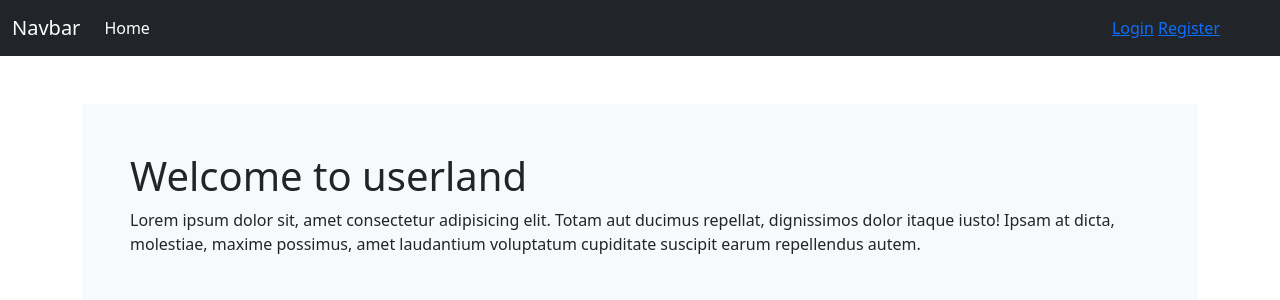
Repository: BrittleHeart/symfony-users--crud
Page: templates/home/home.html.twig
The author's editor kept a copy of each file at every save. The page is drawn from the files as they stood at one save, then again after the next save.
The browser window is 1280 px wide. The pictures show the whole page.
The page is a Twig template of a Symfony application; nobody is signed in and links lead nowhere. The template is opened directly, without the code that normally fills it, so the values that code supplies are empty.

Above is the page before, as saved 2021-02-20 15:47:09.

### templates/home/home.html.twig
{% extends 'base.html.twig' %}

{% block body %}

<header class="p-5 bg-light">
    <h1 class="jumbotron-header">Welcome to userland</h1>
    <p class="jumbotron-description">Lorem ipsum dolor sit, amet consectetur adipisicing elit. Totam aut ducimus repellat, dignissimos dolor itaque iusto! Ipsam at dicta, molestiae, maxime possimus, amet laudantium voluptatum cupiditate suscipit earum repellendus autem.</p>
</header>

{% endblock %}

### templates/base.html.twig
<!DOCTYPE html>
<html>
	<head>
		<meta charset="UTF-8">
		<title>
			{% block title %}Users Crud - Overblitz
			{% endblock %}
		</title>
		{# Run `composer require symfony/webpack-encore-bundle`
		           and uncomment the following Encore helpers to start using Symfony UX #}
		{% block stylesheets %}
			<link href="https://cdn.jsdelivr.net/npm/bootstrap@5.0.0-beta2/dist/css/bootstrap.min.css" rel="stylesheet" integrity="sha384-BmbxuPwQa2lc/FVzBcNJ7UAyJxM6wuqIj61tLrc4wSX0szH/Ev+nYRRuWlolflfl" crossorigin="anonymous">
		{% endblock %}

		{% block javascripts %}
			{#{{ encore_entry_script_tags('app') }}#}
		{% endblock %}
	</head>
	<body>
		<nav class="navbar navbar-expand-lg navbar-dark bg-dark">
			<div class="container-fluid">
				<a class="navbar-brand" href="#">Navbar</a>
				<button class="navbar-toggler" type="button" data-bs-toggle="collapse" data-bs-target="#navbarSupportedContent" aria-controls="navbarSupportedContent" aria-expanded="false" aria-label="Toggle navigation">
					<span class="navbar-toggler-icon"></span>
				</button>
				<div class="collapse navbar-collapse" id="navbarSupportedContent">
					<ul class="navbar-nav me-auto mb-2 mb-lg-0">
						<li class="nav-item">
							<a class="nav-link active" aria-current="page" href="/">Home</a>
						</li>
					</ul>
					<div class="d-flex justify-content-between mx-5">
                        <a href="" class="mr-3">Login</a> &nbsp;
                        <a href="">Register</a>
                    </div>
				</div>
			</div>
		</nav>
		<div class="container my-5">
            {% block body %}{% endblock %}
		</div>
		</body>
	</html>

After the next save:
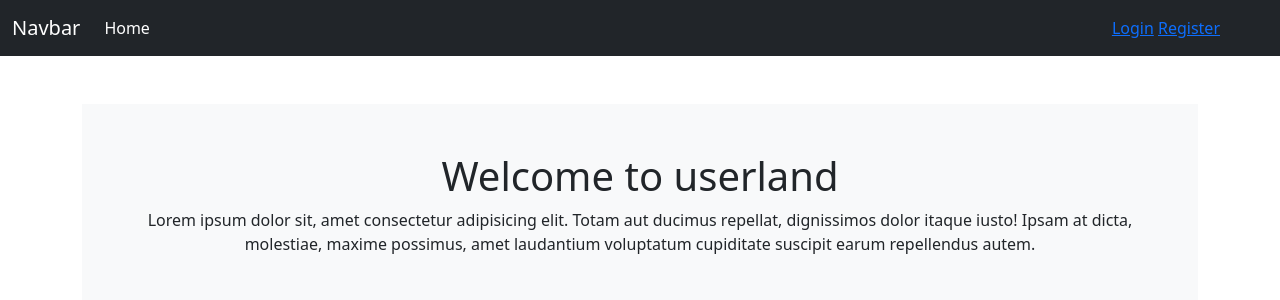
Saved 4 s later.
--- a/templates/home/home.html.twig
+++ b/templates/home/home.html.twig
@@ -2,7 +2,7 @@
 
 {% block body %}
 
-<header class="p-5 bg-light">
+<header class="p-5 bg-light text-center">
     <h1 class="jumbotron-header">Welcome to userland</h1>
     <p class="jumbotron-description">Lorem ipsum dolor sit, amet consectetur adipisicing elit. Totam aut ducimus repellat, dignissimos dolor itaque iusto! Ipsam at dicta, molestiae, maxime possimus, amet laudantium voluptatum cupiditate suscipit earum repellendus autem.</p>
 </header>
